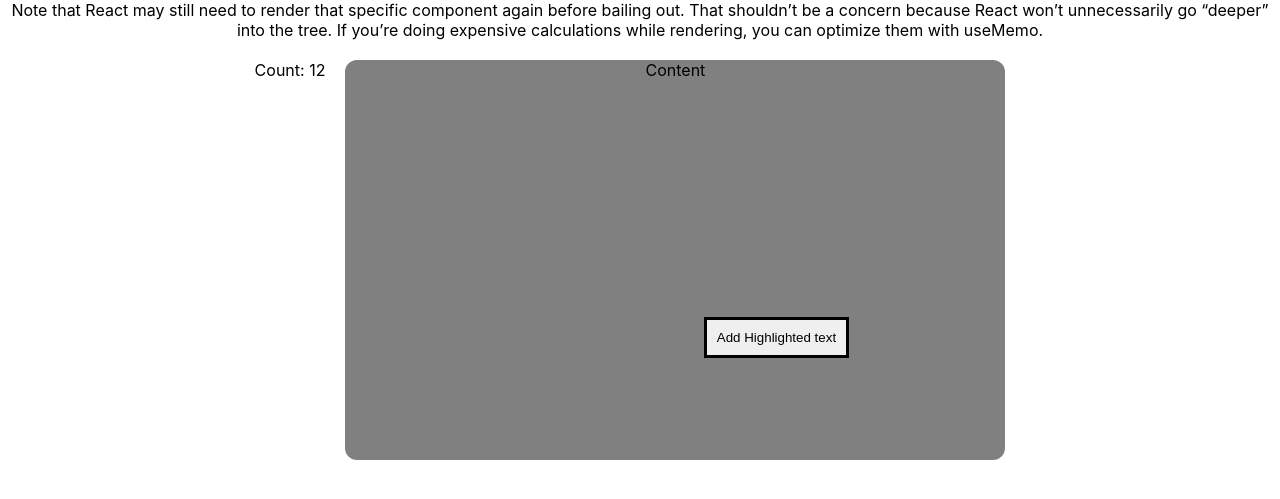
Repository: Farbod29/React-text-highlighter-with-hook-
Page: /
These files come from the project's save history. The page is drawn as it stood at one moment and after the next save; the edit follows.
The browser window is 1280 px wide. The pictures show the whole page.
The project was rebuilt for these pictures with package versions that can differ from the ones it lists, and the page was loaded fresh each time.

Above is the page before, as saved 2022-02-18 21:33:23.

### src/App.js
import './App.css';
import Highlighter from './highlighter';
function App() {
  return (
    <div className="App">
      <Highlighter />
    </div>
  );
}

export default App;

### src/highlighter.js
import React, { useEffect, useState } from 'react';

export default function Highlighter() {
  let doit = () => {
    document.onmouseup = () => {
      console.log(window.getSelection().toString());
    };
  };
  const [count, setCount] = useState(12);
  return (
    <>
      <div>
        {' '}
        Note that React may still need to render that specific component again
        before bailing out. That shouldn’t be a concern because React won’t
        unnecessarily go “deeper” into the tree. If you’re doing expensive
        calculations while rendering, you can optimize them with useMemo.
      </div>
      Count: {count}
      {/* <button onClick={() => setCount((prevCount) => prevCount - 1)}>-</button> */}
      <div
        style={{
          padding: '0px 10px',
          height: '400px',
          width: '50vw',
          margin: '20px',
          borderRadius: '12px',
          backgroundColor: 'gray',
          inline: true,
          fontColor: 'red',
          display: 'inline-block',
          textAlign: 'center',
          position: 'relative',
        }}
      >
        Content
        <div style={{ position: 'absolute', bottom: '8vw', left: '28vw' }}>
          <button
            style={{ padding: '10px', border: '3px solid' }}
            onClick={() => setCount(12)}
          >
            {' '}
            Add Highlighted text{' '}
          </button>
        </div>
      </div>
      {doit()}
    </>
  );
}

Loaded but not shown: public/index.html (common file); src/index.js (common file); src/index.css (common file); src/reportWebVitals.js (common file); src/App.css (common file)

After the next save:
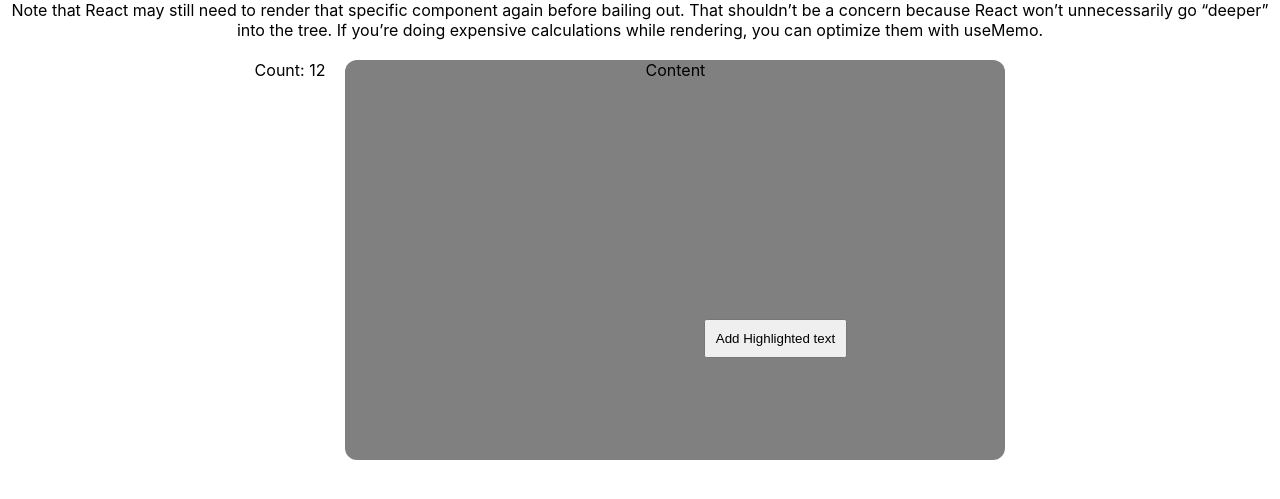
Saved 10 s later.
--- a/src/highlighter.js
+++ b/src/highlighter.js
@@ -36,7 +36,7 @@ export default function Highlighter() {
         Content
         <div style={{ position: 'absolute', bottom: '8vw', left: '28vw' }}>
           <button
-            style={{ padding: '10px', border: '3px solid' }}
+            style={{ padding: '10px', borderRedius: '3px solid' }}
             onClick={() => setCount(12)}
           >
             {' '}
